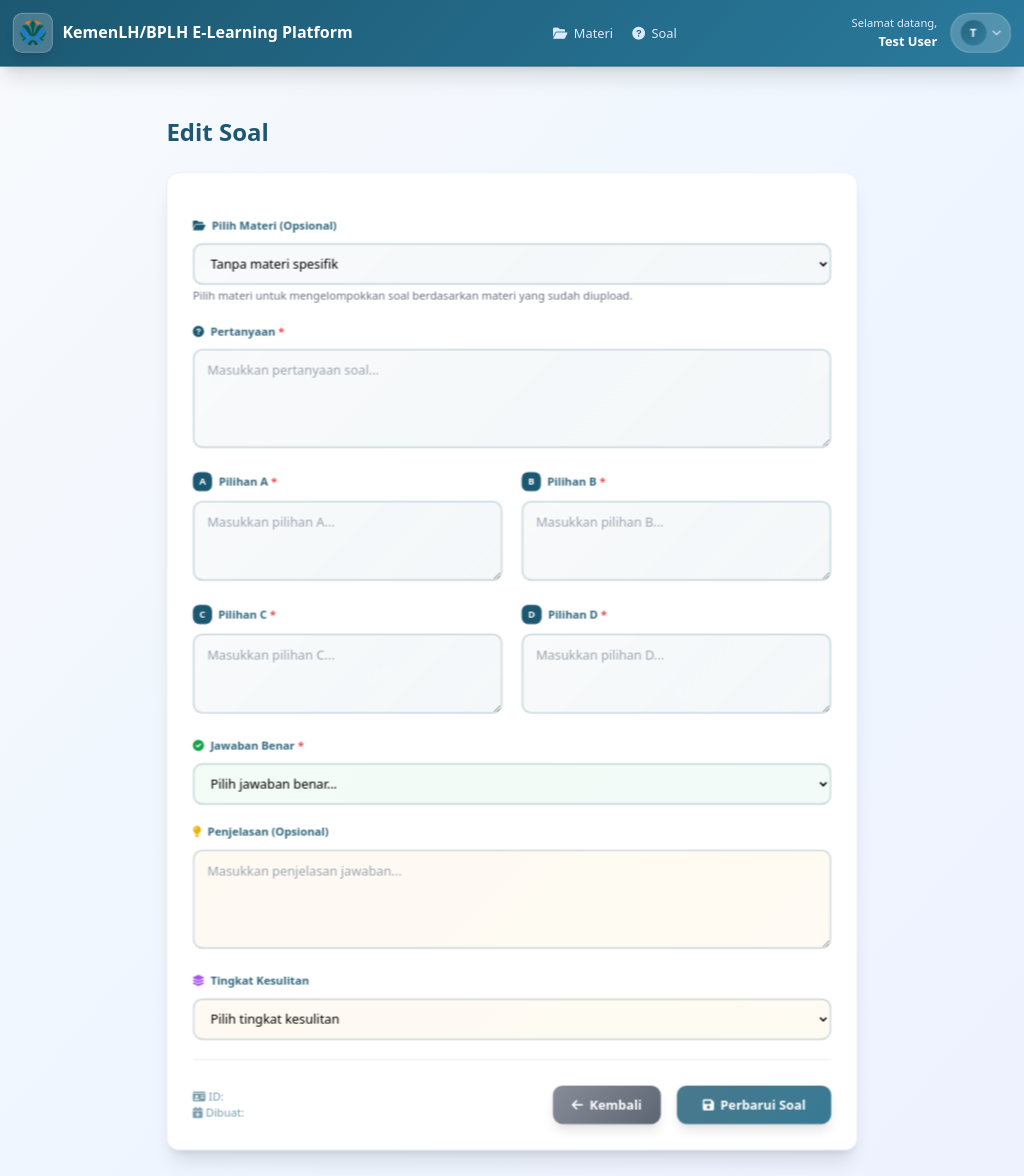
Repository: Autofat/LMS-MOOC
Page: resources/views/questions/edit.blade.php
An editor plug-in stored every save of this project. The page is shown before and after the next save, followed by the edit.
The browser window is 1280 px wide. The pictures show the whole page, at 80% of full size.
Some web libraries are served in a nearby version. The page is served by the project's Laravel application, run on PHP 8.4 with Laravel 12. A made-up administrator, Test User (test@example.com), is signed in. Other server files are loaded and not shown. The template is opened directly, without the code that normally fills it, so the values that code supplies are empty.

Above is the page before, as saved 2025-08-02 14:21:30.

### resources/views/questions/edit.blade.php
<!DOCTYPE html>
<html lang="en">

<head>
    <meta charset="UTF-8">
    <meta name="viewport" content="width=device-width, initial-scale=1.0">
    <title>Edit Soal - KemenLH/BPLH E-Learning Platform</title>
    <script src="https://cdn.tailwindcss.com"></script>
    <link href="https://cdnjs.cloudflare.com/ajax/libs/font-awesome/6.0.0/css/all.min.css" rel="stylesheet">
    <style>
        .professional-gradient {
            background: linear-gradient(135deg, rgba(28,88,113,1) 0%, rgba(35,105,135,1) 50%, rgba(42,122,157,1) 100%);
        }
        .subtle-pattern {
            background-image: url("data:[embedded picture, 371 characters]");
        }
    </style>
</head>

<body class="bg-gradient-to-br from-slate-50 via-blue-50 to-indigo-50 min-h-screen subtle-pattern">
    <!-- Include Navbar Component -->
    @include('components.navbar')

    <div class="container mx-auto px-4 py-8 max-w-4xl">
        <div class="mb-8">
            <h1 class="text-3xl font-bold" style="color: rgba(28,88,113,1);">Edit Soal</h1>
        </div>

        <div class="bg-white/95 backdrop-blur-sm shadow-xl rounded-2xl p-8 border" style="border-color: rgba(28,88,113,0.1);">
            <form method="POST" action="{{ route('questions.update', $question->id) }}" class="space-y-6">
                @csrf
                @method('PUT')

                <!-- Material Selection -->
                <div>
                    <label for="material_id" class="block text-sm font-semibold mb-3 flex items-center space-x-2" style="color: rgba(28,88,113,0.9);">
                        <i class="fas fa-folder-open" style="color: rgba(28,88,113,1);"></i>
                        <span>Pilih Materi (Opsional)</span>
                    </label>
                    <select id="material_id" name="material_id"
                        class="w-full rounded-xl px-4 py-3 focus:outline-none focus:ring-2 transition-all border-2"
                        style="border-color: rgba(28,88,113,0.2); background: linear-gradient(135deg, rgba(28,88,113,0.03) 0%, rgba(42,122,157,0.05) 100%);">
                        <option value="">Tanpa materi spesifik</option>
                        @foreach ($materials as $material)
                            <option value="{{ $material->id }}"
                                {{ old('material_id', $question->material_id) == $material->id ? 'selected' : '' }}>
                                {{ $material->title }}
                                @if ($material->category)
                                    ({{ $material->category }})
                                @endif
                            </option>
                        @endforeach
                    </select>
                    <p class="text-sm text-gray-500 mt-1">Pilih materi untuk mengelompokkan soal berdasarkan materi yang
                        sudah diupload.</p>
                    @error('material_id')
                        <p class="text-red-500 text-sm mt-1">{{ $message }}</p>
                    @enderror
                </div>

                <!-- Question Field -->
                <div>
                    <label for="question" class="block text-sm font-semibold mb-3 flex items-center space-x-2" style="color: rgba(28,88,113,0.9);">
                        <i class="fas fa-question-circle" style="color: rgba(28,88,113,1);"></i>
                        <span>Pertanyaan <span class="text-red-500">*</span></span>
                    </label>
                    <textarea id="question" name="question" rows="4" required
                        class="w-full rounded-xl px-4 py-3 focus:outline-none focus:ring-2 transition-all border-2"
                        style="border-color: rgba(28,88,113,0.2); background: linear-gradient(135deg, rgba(28,88,113,0.03) 0%, rgba(42,122,157,0.05) 100%);"
                        placeholder="Masukkan pertanyaan soal...">{{ old('question', $question->question) }}</textarea>
                    @error('question')
                        <p class="text-red-500 text-sm mt-1">{{ $message }}</p>
                    @enderror
                </div>

                <!-- Options Fields -->
                <div class="grid grid-cols-1 md:grid-cols-2 gap-6">
                    <div>
                        <label for="option_a" class="block text-sm font-semibold mb-3 flex items-center space-x-2" style="color: rgba(28,88,113,0.9);">
                            <span class="text-white px-2 py-1 rounded-lg text-xs font-bold" style="background-color: rgba(28,88,113,1);">A</span>
                            <span>Pilihan A <span class="text-red-500">*</span></span>
                        </label>
                        <textarea id="option_a" name="option_a" rows="3" required
                            class="w-full rounded-xl px-4 py-3 focus:outline-none focus:ring-2 transition-all border-2"
                            style="border-color: rgba(28,88,113,0.2); background: linear-gradient(135deg, rgba(28,88,113,0.03) 0%, rgba(42,122,157,0.05) 100%);"
                            placeholder="Masukkan pilihan A...">{{ old('option_a', $question->options['A']) }}</textarea>
                        @error('option_a')
                            <p class="text-red-500 text-sm mt-1">{{ $message }}</p>
                        @enderror
                    </div>

                    <div>
                        <label for="option_b" class="block text-sm font-semibold mb-3 flex items-center space-x-2" style="color: rgba(28,88,113,0.9);">
                            <span class="text-white px-2 py-1 rounded-lg text-xs font-bold" style="background-color: rgba(28,88,113,1);">B</span>
                            <span>Pilihan B <span class="text-red-500">*</span></span>
                        </label>
                        <textarea id="option_b" name="option_b" rows="3" required
                            class="w-full rounded-xl px-4 py-3 focus:outline-none focus:ring-2 transition-all border-2"
                            style="border-color: rgba(28,88,113,0.2); background: linear-gradient(135deg, rgba(28,88,113,0.03) 0%, rgba(42,122,157,0.05) 100%);"
                            placeholder="Masukkan pilihan B...">{{ old('option_b', $question->options['B']) }}</textarea>
                        @error('option_b')
                            <p class="text-red-500 text-sm mt-1">{{ $message }}</p>
                        @enderror
                    </div>

                    <div>
                        <label for="option_c" class="block text-sm font-semibold mb-3 flex items-center space-x-2" style="color: rgba(28,88,113,0.9);">
                            <span class="text-white px-2 py-1 rounded-lg text-xs font-bold" style="background-color: rgba(28,88,113,1);">C</span>
                            <span>Pilihan C <span class="text-red-500">*</span></span>
                        </label>
                        <textarea id="option_c" name="option_c" rows="3" required
                            class="w-full rounded-xl px-4 py-3 focus:outline-none focus:ring-2 transition-all border-2"
                            style="border-color: rgba(28,88,113,0.2); background: linear-gradient(135deg, rgba(28,88,113,0.03) 0%, rgba(42,122,157,0.05) 100%);"
                            placeholder="Masukkan pilihan C...">{{ old('option_c', $question->options['C']) }}</textarea>
                        @error('option_c')
                            <p class="text-red-500 text-sm mt-1">{{ $message }}</p>
                        @enderror
                    </div>

                    <div>
                        <label for="option_d" class="block text-sm font-semibold mb-3 flex items-center space-x-2" style="color: rgba(28,88,113,0.9);">
                            <span class="text-white px-2 py-1 rounded-lg text-xs font-bold" style="background-color: rgba(28,88,113,1);">D</span>
                            <span>Pilihan D <span class="text-red-500">*</span></span>
                        </label>
                        <textarea id="option_d" name="option_d" rows="3" required
                            class="w-full rounded-xl px-4 py-3 focus:outline-none focus:ring-2 transition-all border-2"
                            style="border-color: rgba(28,88,113,0.2); background: linear-gradient(135deg, rgba(28,88,113,0.03) 0%, rgba(42,122,157,0.05) 100%);"
                            placeholder="Masukkan pilihan D...">{{ old('option_d', $question->options['D']) }}</textarea>
                        @error('option_d')
                            <p class="text-red-500 text-sm mt-1">{{ $message }}</p>
                        @enderror
                    </div>
                </div>

                <!-- Answer Field -->
                <div>
                    <label for="answer" class="block text-sm font-semibold mb-3 flex items-center space-x-2" style="color: rgba(28,88,113,0.9);">
                        <i class="fas fa-check-circle text-green-600"></i>
                        <span>Jawaban Benar <span class="text-red-500">*</span></span>
                    </label>
                    <select id="answer" name="answer" required
                        class="w-full rounded-xl px-4 py-3 focus:outline-none focus:ring-2 transition-all border-2"
                        style="border-color: rgba(28,88,113,0.2); background: linear-gradient(135deg, rgba(34,197,94,0.05) 0%, rgba(16,185,129,0.05) 100%);">
                        <option value="">Pilih jawaban benar...</option>
                        <option value="A" {{ old('answer', $question->answer) == 'A' ? 'selected' : '' }}>A
                        </option>
                        <option value="B" {{ old('answer', $question->answer) == 'B' ? 'selected' : '' }}>B
                        </option>
                        <option value="C" {{ old('answer', $question->answer) == 'C' ? 'selected' : '' }}>C
                        </option>
                        <option value="D" {{ old('answer', $question->answer) == 'D' ? 'selected' : '' }}>D
                        </option>
                    </select>
                    @error('answer')
                        <p class="text-red-500 text-sm mt-1">{{ $message }}</p>
                    @enderror
                </div>

                <!-- Explanation Field -->
                <div>
                    <label for="explanation" class="block text-sm font-semibold mb-3 flex items-center space-x-2" style="color: rgba(28,88,113,0.9);">
                        <i class="fas fa-lightbulb text-yellow-500"></i>
                        <span>Penjelasan (Opsional)</span>
                    </label>
                    <textarea id="explanation" name="explanation" rows="4"
                        class="w-full rounded-xl px-4 py-3 focus:outline-none focus:ring-2 transition-all border-2"
                        style="border-color: rgba(28,88,113,0.2); background: linear-gradient(135deg, rgba(245,158,11,0.05) 0%, rgba(251,191,36,0.05) 100%);"
                        placeholder="Masukkan penjelasan jawaban...">{{ old('explanation', $question->explanation) }}</textarea>
                    @error('explanation')
                        <p class="text-red-500 text-sm mt-1">{{ $message }}</p>
                    @enderror
                </div>

                <!-- Difficulty Field -->
                                <!-- Difficulty Field -->
                <div>
                    <label for="difficulty" class="block text-sm font-semibold mb-3 flex items-center space-x-2" style="color: rgba(28,88,113,0.9);">
                        <i class="fas fa-layer-group text-purple-500"></i>
                        <span>Tingkat Kesulitan</span>
                    </label>
                    <select id="difficulty" name="difficulty"
                        class="w-full rounded-xl px-4 py-3 focus:outline-none focus:ring-2 transition-all border-2"
                        style="border-color: rgba(28,88,113,0.2); background: linear-gradient(135deg, rgba(245,158,11,0.05) 0%, rgba(251,191,36,0.05) 100%);">
                        <option value="">Pilih tingkat kesulitan</option>
                        <option value="Mudah" {{ old('difficulty', $question->difficulty) == 'Mudah' ? 'selected' : '' }}>Mudah</option>
                        <option value="Menengah" {{ old('difficulty', $question->difficulty) == 'Menengah' ? 'selected' : '' }}>Menengah</option>
                        <option value="Sulit" {{ old('difficulty', $question->difficulty) == 'Sulit' ? 'selected' : '' }}>Sulit</option>
                    </select>
                    @error('difficulty')
                        <p class="text-red-500 text-sm mt-1">{{ $message }}</p>
                    @enderror
                </div>

                <!-- Submit Buttons -->
                <div class="flex justify-between items-center pt-8 border-t" style="border-color: rgba(28,88,113,0.1);">
                    <div class="text-sm" style="color: rgba(28,88,113,0.6);">
                        <p><i class="fas fa-id-card mr-1"></i>ID: {{ $question->id }}</p>
                        <p><i class="fas fa-calendar-plus mr-1"></i>Dibuat: {{ $question->created_at->format('d M Y H:i') }}</p>
                        @if ($question->updated_at != $question->created_at)
                            <p><i class="fas fa-edit mr-1"></i>Terakhir diupdate: {{ $question->updated_at->format('d M Y H:i') }}</p>
                        @endif
                        @if ($question->difficulty)
                            @php
                                $difficulty = $question->difficulty;

                                if ($difficulty === 'Mudah') {
                                    $bgStyle = 'background: rgba(34,197,94,0.12); color: rgba(21,128,61,0.9);';
                                    $icon = 'fas fa-circle';
                                } elseif ($difficulty === 'Menengah') {
                                    $bgStyle = 'background: rgba(251,191,36,0.12); color: rgba(180,83,9,0.9);';
                                    $icon = 'fas fa-adjust';
                                } elseif ($difficulty === 'Sulit') {
                                    $bgStyle = 'background: rgba(248,113,113,0.12); color: rgba(185,28,28,0.9);';
                                    $icon = 'fas fa-fire';
                                } else {
                                    $bgStyle = 'background: rgba(156,163,175,0.12); color: rgba(75,85,99,0.9);';
                                    $icon = 'fas fa-question';
                                }
                            @endphp
                            <p><i class="fas fa-layer-group mr-1"></i>Kesulitan: <span
                                    class="inline-flex items-center text-xs px-3 py-1 rounded-full font-medium"
                                    style="{{ $bgStyle }}">
                                    <i class="{{ $icon }} mr-1"></i>
                                    {{ $question->difficulty }}
                                </span>
                            </p>
                        @endif
                    </div>

                    <div class="space-x-4">
                        <a href="{{ $question->material_id ? route('materials.show', $question->material_id) : route('materials.index') }}"
                            class="inline-flex items-center px-6 py-3 rounded-xl font-semibold transition-all duration-200 shadow-lg hover:shadow-xl transform hover:scale-105"
                            style="background: linear-gradient(135deg, rgba(107,114,128,0.8) 0%, rgba(75,85,99,0.9) 100%); color: white;">
                            <i class="fas fa-arrow-left mr-2"></i>
                            Kembali
                        </a>
                        <button type="submit"
                            class="inline-flex items-center px-8 py-3 rounded-xl font-semibold transition-all duration-200 shadow-lg hover:shadow-xl transform hover:scale-105"
                            style="background: linear-gradient(135deg, rgba(28,88,113,0.8) 0%, rgba(34,108,137,0.9) 100%); color: white;">
                            <i class="fas fa-save mr-2"></i>
                            Perbarui Soal
                        </button>
                    </div>
                </div>
            </form>
        </div>
    </div>
</body>

</html>

Loaded but not shown: app/Models/User.php (common file); resources/views/components/navbar.blade.php (221 lines, source omitted); routes/web.php (145 lines, source omitted)

After the next save:
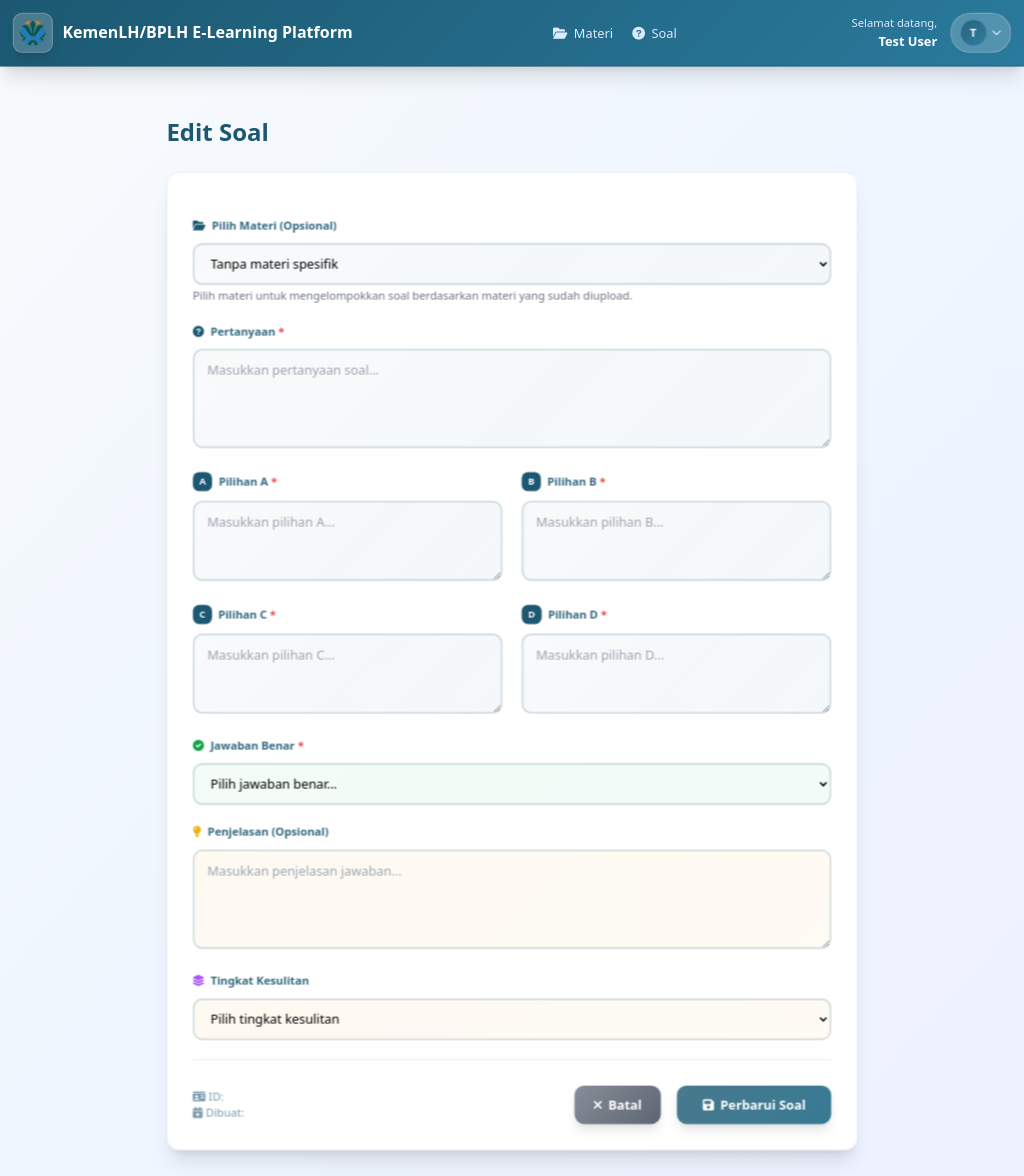
Saved 10 s later.
--- a/resources/views/questions/edit.blade.php
+++ b/resources/views/questions/edit.blade.php
@@ -231,8 +231,8 @@
                         <a href="{{ $question->material_id ? route('materials.show', $question->material_id) : route('materials.index') }}"
                             class="inline-flex items-center px-6 py-3 rounded-xl font-semibold transition-all duration-200 shadow-lg hover:shadow-xl transform hover:scale-105"
                             style="background: linear-gradient(135deg, rgba(107,114,128,0.8) 0%, rgba(75,85,99,0.9) 100%); color: white;">
-                            <i class="fas fa-arrow-left mr-2"></i>
-                            Kembali
+                            <i class="fas fa-times mr-2"></i>
+                            Batal
                         </a>
                         <button type="submit"
                             class="inline-flex items-center px-8 py-3 rounded-xl font-semibold transition-all duration-200 shadow-lg hover:shadow-xl transform hover:scale-105"
